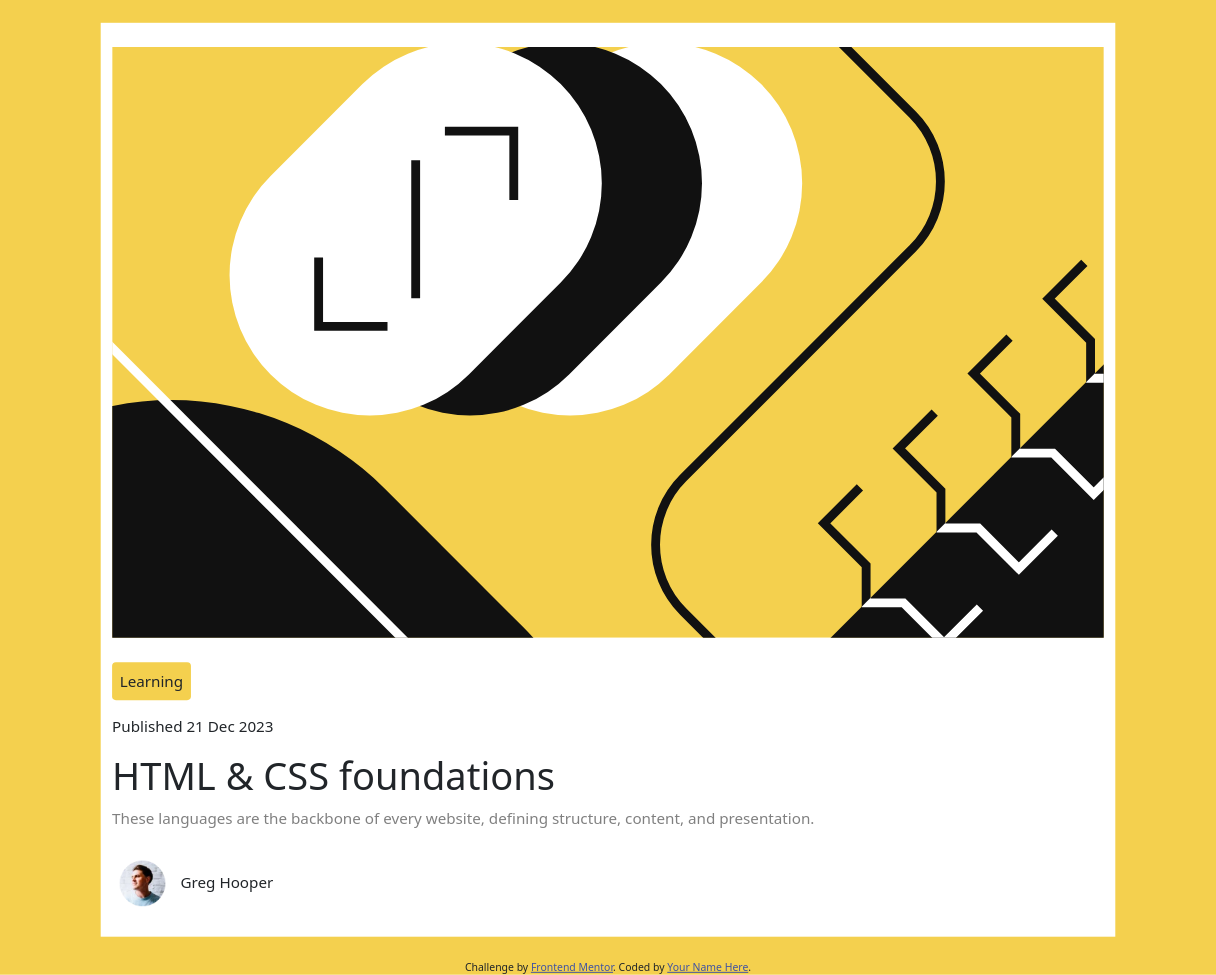
Repository: blordeus/blog-preview-card
Page: index.html
The author's editor kept a copy of each file at every save. The page is drawn from the files as they stood at one save, then again after the next save.
The browser window is 1280 px wide. The pictures show the whole page, at 95% of full size.
The style sheet was rebuilt from its Sass, Less or Tailwind sources for each picture, by a compiler version that may differ from the author's.

Above is the page before, as saved 2024-02-10 09:28:30.

After the next save:
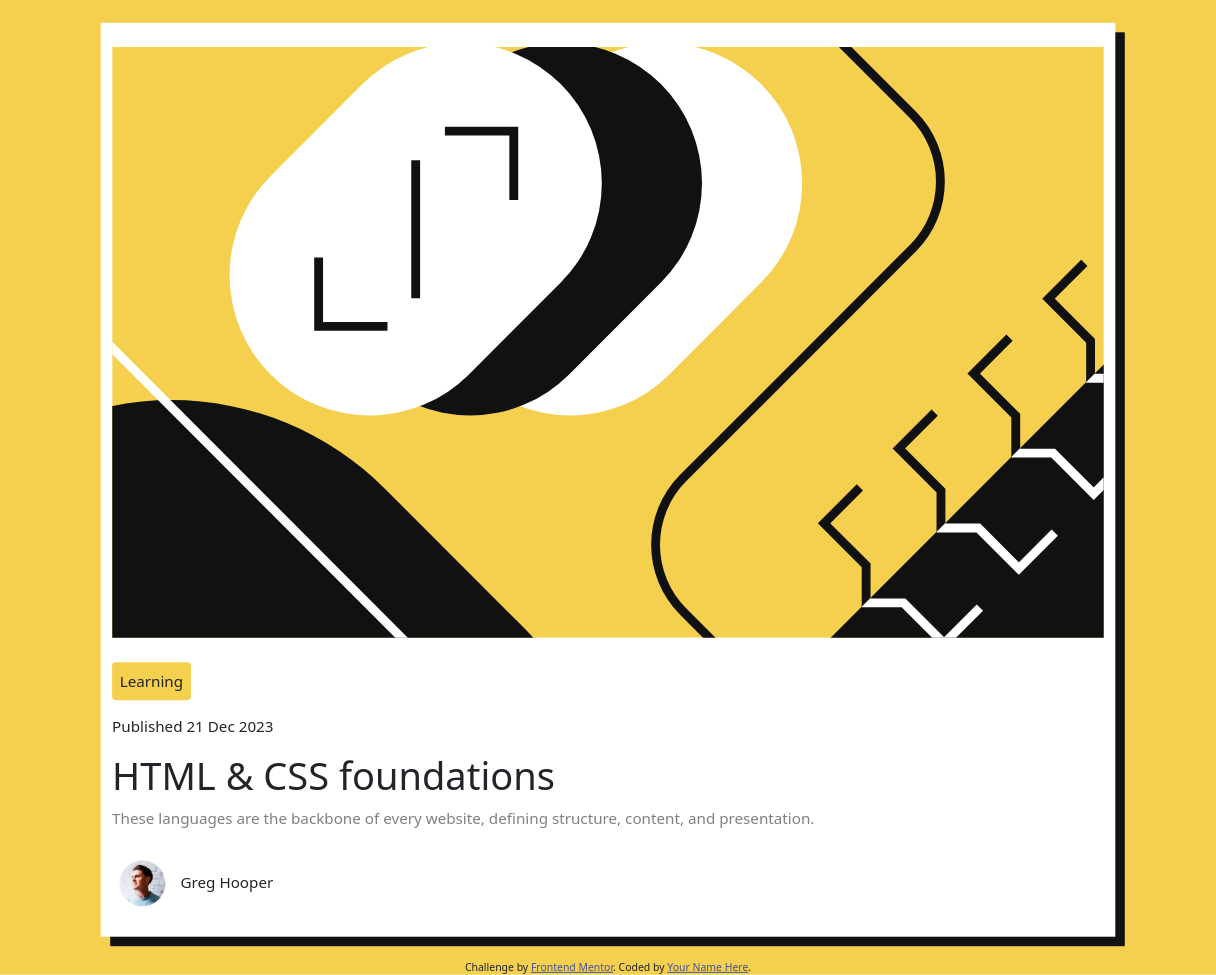
Saved 14 s later.
--- a/index.html
+++ b/index.html
@@ -11,7 +11,7 @@
 
 </head>
 <body class="yellow-bg container">
-<main class="white-bg row py-4 m-4 grid grid-rows-4 justify-items-center align-content-start">
+<main class="white-bg black-shadow row py-4 m-4 grid grid-rows-4 justify-items-center align-content-start">
     <img class="rounded" src="assets\images\illustration-article.svg" alt="header image">
     <div class="mt-4">
       <p class="yellow-bg d-inline-block p-2 rounded">Learning</p>
